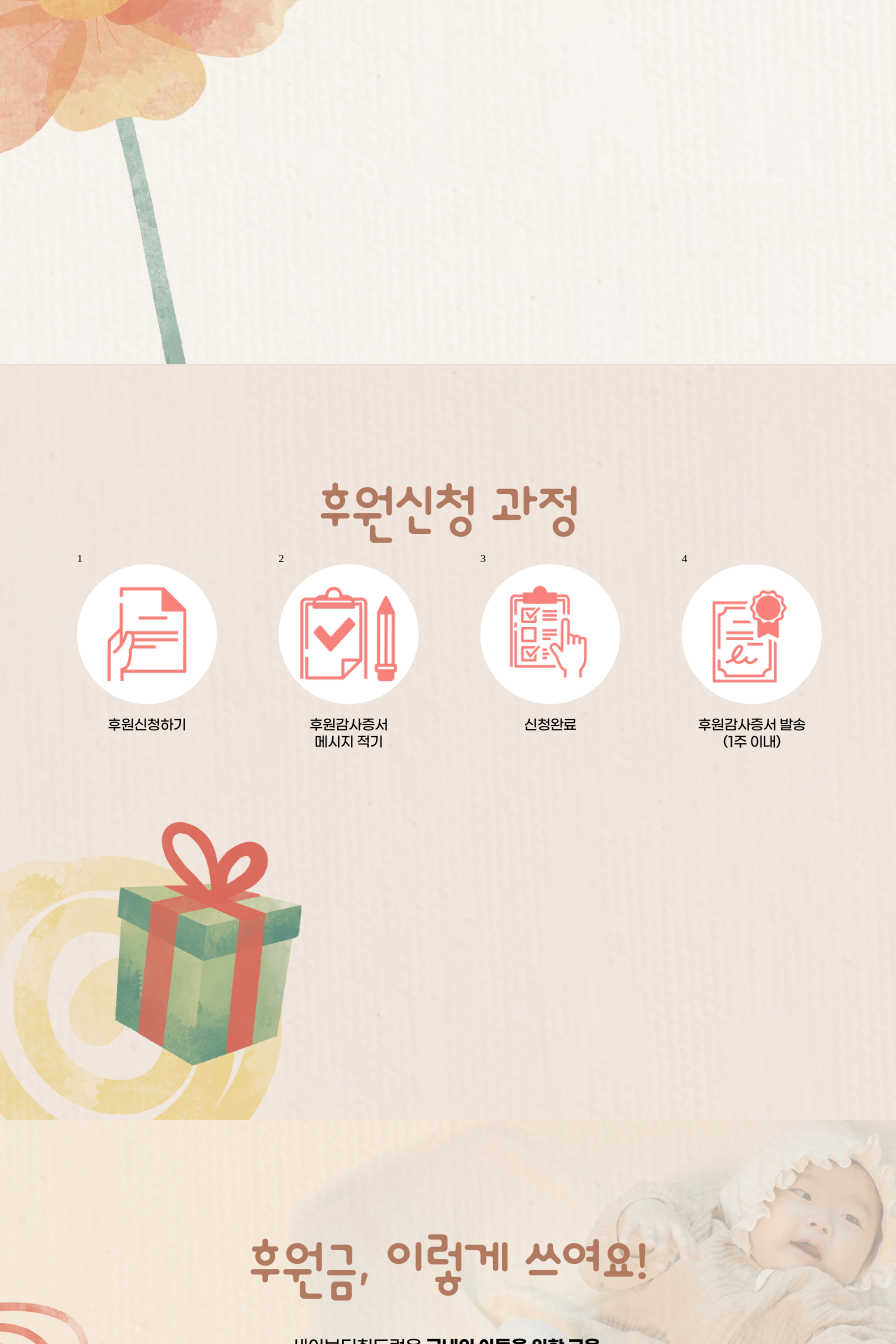
Repository: dlgywls1130/save_the_children
Page: index.html
An editor plug-in stored every save of this project. The page is shown before and after the next save, followed by the edit.
The browser window is 1280 px wide. The pictures show the part of the page from y = 4580 to 6500 px (the page is 6880 px tall), at 70% of full size.

Above is the page before, as saved 2023-12-13 10:49:55.

After the next save:
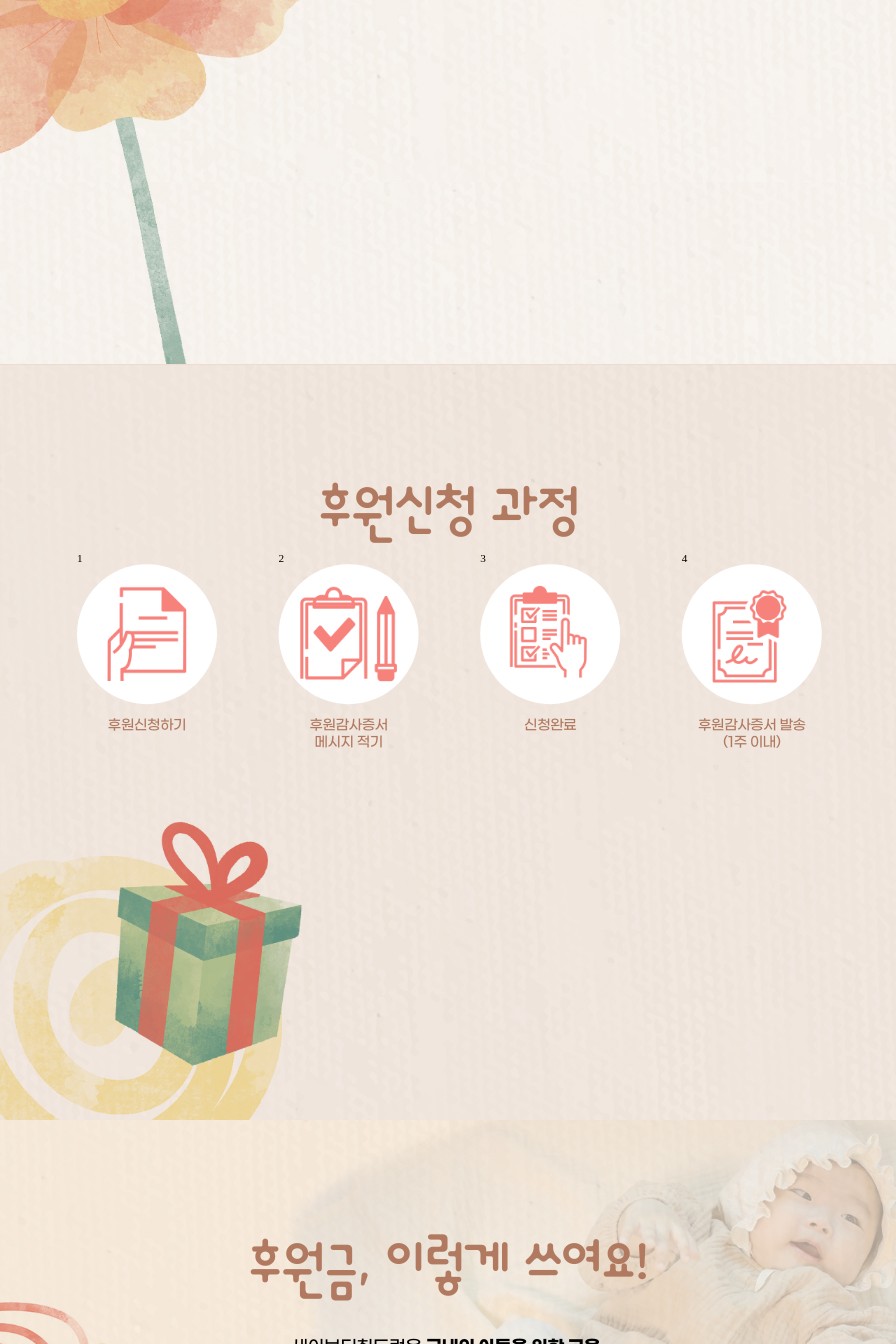
Saved 12 s later.
--- a/css/style.css
+++ b/css/style.css
@@ -410,6 +410,7 @@
     font-family: 'GmarketSans';
     text-align: center;
     margin-top: 20px;
+    color: var(--main-color);
 }
 
 /* section06 */
